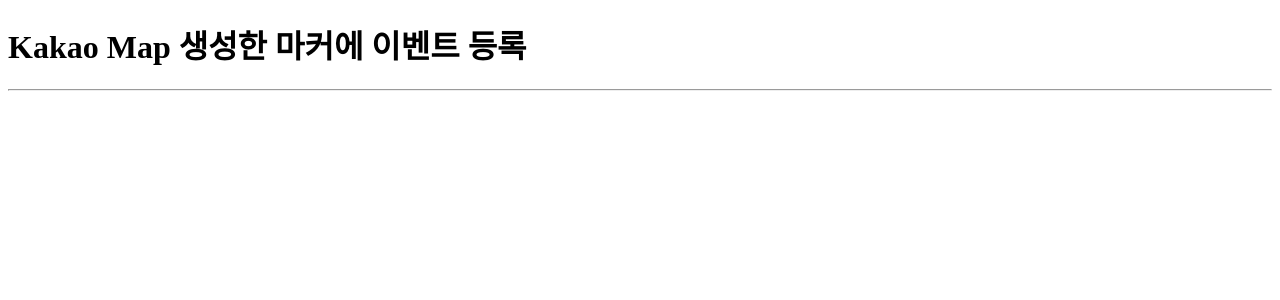
Repository: DongHyenYoo/DongHyen
Page: KakaoMapStudy/MapApp01/WebContent/MapTest018.html
An editor plug-in stored every save of this project. The page is shown before and after the next save, followed by the edit.
The browser window is 1280 px wide. The pictures show the whole page.

Above is the page before, as saved 2023-01-03 02:19:06.
Console error: ReferenceError: initialize is not defined

After the next save:
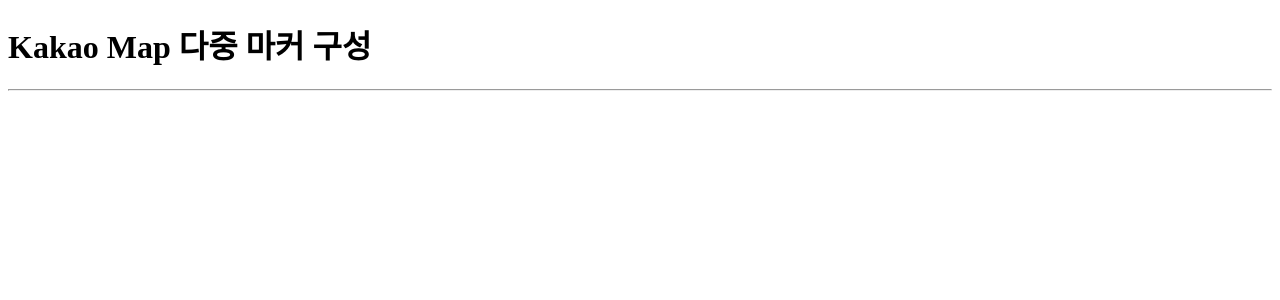
Saved 7 s later.
--- a/KakaoMapStudy/MapApp01/WebContent/MapTest018.html
+++ b/KakaoMapStudy/MapApp01/WebContent/MapTest018.html
@@ -11,7 +11,7 @@
 <!-- ○ 지도의 중심 좌표-->
 <!-- 37.556556 , 126.919550 -->
 <div>
-   <h1>Kakao Map 생성한 마커에 이벤트 등록</h1>
+   <h1>Kakao Map 다중 마커 구성</h1>
    <hr>
 </div>
 
